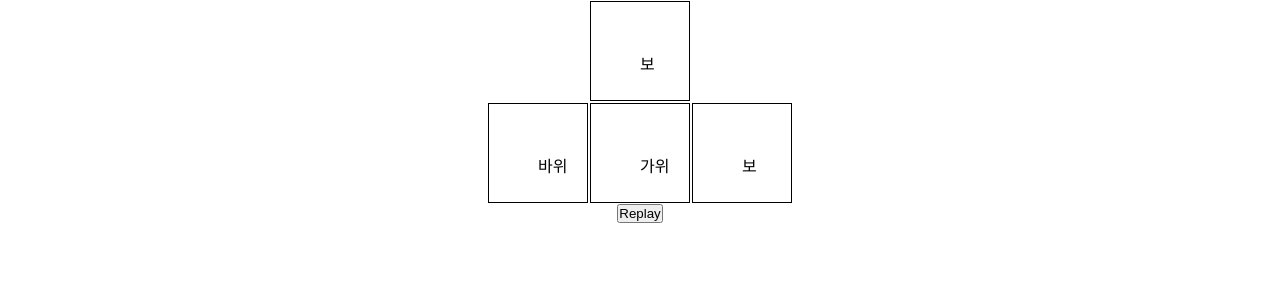
Repository: venandi48/RockScissorPaper-Game
Page: index.html
The author's editor kept a copy of each file at every save. The page is drawn from the files as they stood at one save, then again after the next save.
The browser window is 1280 px wide. The pictures show the whole page.
The style sheet was rebuilt from its Sass, Less or Tailwind sources for each picture, by a compiler version that may differ from the author's.

Above is the page before, as saved 2023-11-13 15:42:21.

### index.html
<!DOCTYPE html>
<html lang="en">
  <head>
    <meta charset="UTF-8" />
    <meta name="viewport" content="width=device-width, initial-scale=1.0" />
    <title>가위바위보</title>
    <link rel="stylesheet" href="style.css" />
  </head>
  <body>
    <div class="playbox">
      <div class="machine">
        <div class="choice">
          <input type="hidden" name="machine-choice" />
        </div>
      </div>
      <div class="user">
        <div class="choice rock"></div>
        <div class="choice scissor"></div>
        <div class="choice paper"></div>
      </div>
      <div class="control">
        <input type="button" value="Replay" />
      </div>
    </div>

    <script src="./main.js"></script>
  </body>
</html>

### main.js
choices = {
  scissor: 0,
  rock: 1,
  paper: 2,
};

machineChoices = document.querySelectorAll(".machine .choice");
userChocies = document.querySelectorAll(".user .choice");
controlBtns = document.querySelectorAll(".playbox .control");

machineChoices.forEach((element) => {
  element.querySelector("input[type=hidden]").value = Random(0, 2);
});

controlBtns.forEach((controlBtn) => {
  replayBtn = controlBtn.querySelector("input[type=button][value=Replay]");
  replayBtn?.addEventListener("click", (e) => {
    replay(controlBtn.parentElement.parentElement);
  });
});

window.addEventListener("load", function () {
  this.setInterval(() => {
    machineChoices.forEach((element) => {
      if (element.classList.contains("selected") === false) {
        if (element.classList.contains("rock")) {
          element.classList.remove("rock");
        }
        if (element.classList.contains("scissor")) {
          element.classList.remove("scissor");
        }
        if (element.classList.contains("paper")) {
          element.classList.remove("paper");
        }

        element.querySelector("input[type=hidden]").value =
          (element.querySelector("input[type=hidden]").value + 1) % 3;

        element.classList.add(
          convertChoicesFromNumToStr(
            +element.querySelector("input[type=hidden]").value
          )
        );
      }
    });
  }, 500);
});

userChocies.forEach((element) => {
  element.addEventListener("click", function (e) {
    const selectedElement = e.target;
    let choosed = null;

    if (selectedElement.parentElement.classList.contains("selected")) return;

    selectedElement.parentElement.classList.add("selected");

    // 제일 첫번째로 나온 값을 사용자의 선택으로 간주
    selectedElement.classList.forEach((className) => {
      if (className === "rock") {
        choosed = "rock";
        return;
      } else if (className === "scissor") {
        choosed = "scissor";
        return;
      } else if (className === "paper") {
        choosed = "paper";
        return;
      }
    });

    if (choosed) {
      let sameAreaMachine =
        element.parentElement.parentElement?.querySelector(".machine .choice");

      if (sameAreaMachine) {
        gameResultCssEventer(
          selectedElement,
          sameAreaMachine,
          refree(
            +sameAreaMachine.querySelector("input[type=hidden]").value,
            choices[choosed]
          )
        );
      }
    }
  });
});

/// _________________________________________________________________
//                          Play Tools
/// _________________________________________________________________

function Random(min, max) {
  return Math.floor(Math.random() * (max - min) + min);
}

function convertChoicesFromNumToStr(choice) {
  switch (choice) {
    case choices.rock:
      return "rock";
    case choices.scissor:
      return "scissor";
    case choices.paper:
      return "paper";

    default:
      return "";
  }
}

function replay(playbox) {
  let machine = playbox.querySelector(".machine .choice");

  if (machine.classList.contains("selected"))
    machine.classList.remove("selected");
  resetResultChoiceBoxOfCss(machine);

  let userChoices = playbox.querySelector(".user");

  if (userChoices.classList.contains("selected"))
    userChoices.classList.remove("selected");

  userChoices.querySelectorAll(".choice").forEach((choiceElement) => {
    resetResultChoiceBoxOfCss(choiceElement);
  });
}

/*
 * @machine: 컴퓨터가 선택한 숫자값
 * @user: 사용자가 선택한 숫자값
 * @return: 0=>비김, 1=> 이김, 2=>짐
 */
function refree(machine, user) {
  return Math.abs(machine - user);
}

function resetResultChoiceBoxOfCss(element) {
  if (element.classList.contains("game-result-win"))
    element.classList.remove("game-result-win");
  if (element.classList.contains("game-result-draw"))
    element.classList.remove("game-result-draw");
  if (element.classList.contains("game-result-lose"))
    element.classList.remove("game-result-lose");

  return element;
}

function gameResultCssEventer(userElement, machineElement, result) {
  userElement.parentElement.querySelectorAll(".choice").forEach((node) => {
    resetResultChoiceBoxOfCss(node);
  });
  resetResultChoiceBoxOfCss(userElement);
  resetResultChoiceBoxOfCss(machineElement);
  machineElement.classList.add("selected");

  switch (result) {
    case 0:
      userElement.classList.add("game-result-draw");
      machineElement.classList.add("game-result-draw");
      break;
    case 1:
      userElement.classList.add("game-result-win");
      machineElement.classList.add("game-result-lose");
      break;
    case 2:
      userElement.classList.add("game-result-lose");
      machineElement.classList.add("game-result-win");
      break;
  }
}

### style.scss
* {
  position: relative;
  padding: 0;
  margin: 0;
  display: flexbox;
}

*,
::before,
::after {
  box-sizing: border-box;
}

.playbox {
  display: flex;
  flex-direction: column;
  justify-content: center;
  align-items: center;
}

.choice {
  width: 100px;
  height: 100px;
  border: 1px solid #000;
  margin: 1px;

  &::before {
    position: absolute;
    top: 50%;
    left: 50%;
    content: "물음표";
    animation: gelatine 0.5s infinite;
  }

  &.rock::before {
    content: "바위";
    animation-delay: 0.5s;
  }

  &.scissor::before {
    content: "가위";
    animation-delay: 1s;
  }

  &.paper::before {
    content: "보";
    // animation: bounce2 2s ease infinite;
  }
}

.game-result {
  &-win {
    background-color: green;
  }
  &-draw {
    background-color: blue;
  }
  &-lose {
    background-color: red;
  }
}

.user {
  display: flex;

  &.selected .choice {
    cursor: default;

    animation: noAnimate 0.5s infinite;
    transition: none !important;
  }

  & .choice {
    cursor: pointer;

    &:hover {
      background-color: aqua;
    }
  }
}

.user.selected ~ .control input[type="button"][value="Replay"] {
  display: none;
}

/*
* ============================= animate resources =============================
*/
@keyframes gelatine {
  from,
  to {
    transform: scale(1, 1);
  }
  25% {
    transform: scale(0.9, 1.1);
  }
  50% {
    transform: scale(1.1, 0.9);
  }
  75% {
    transform: scale(0.95, 1.05);
  }
}

@keyframes noAnimate {
}

After the next save:
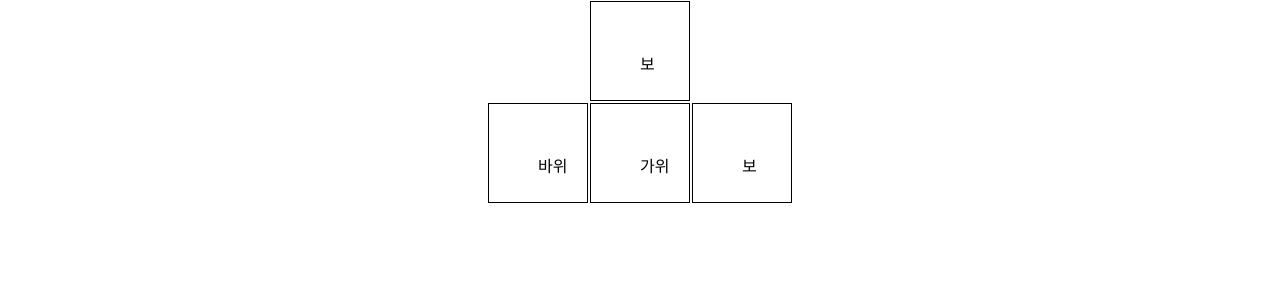
Saved 6 s later.
--- a/style.scss
+++ b/style.scss
@@ -79,7 +79,7 @@
   }
 }
 
-.user.selected ~ .control input[type="button"][value="Replay"] {
+.user ~ .control input[type="button"][value="Replay"] {
   display: none;
 }
 

After the save that followed:
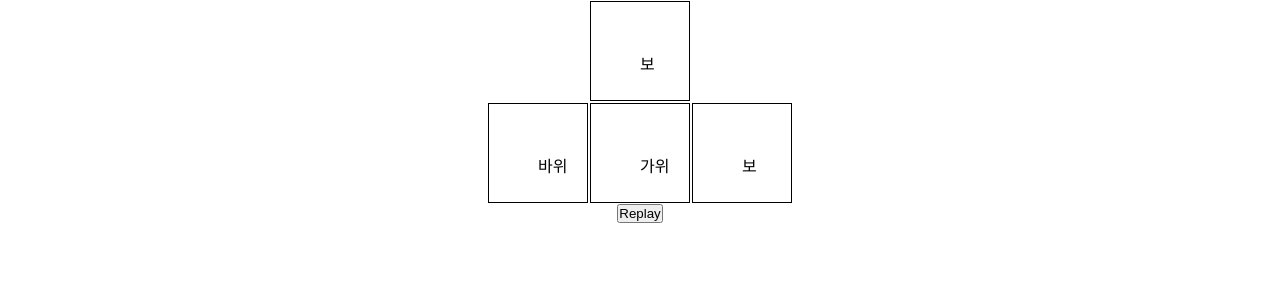
Saved 9 s later.
--- a/style.scss
+++ b/style.scss
@@ -79,7 +79,7 @@
   }
 }
 
-.user ~ .control input[type="button"][value="Replay"] {
+.user.selected ~ .control input[type="button"][value="Replay"] {
   display: none;
 }
 
